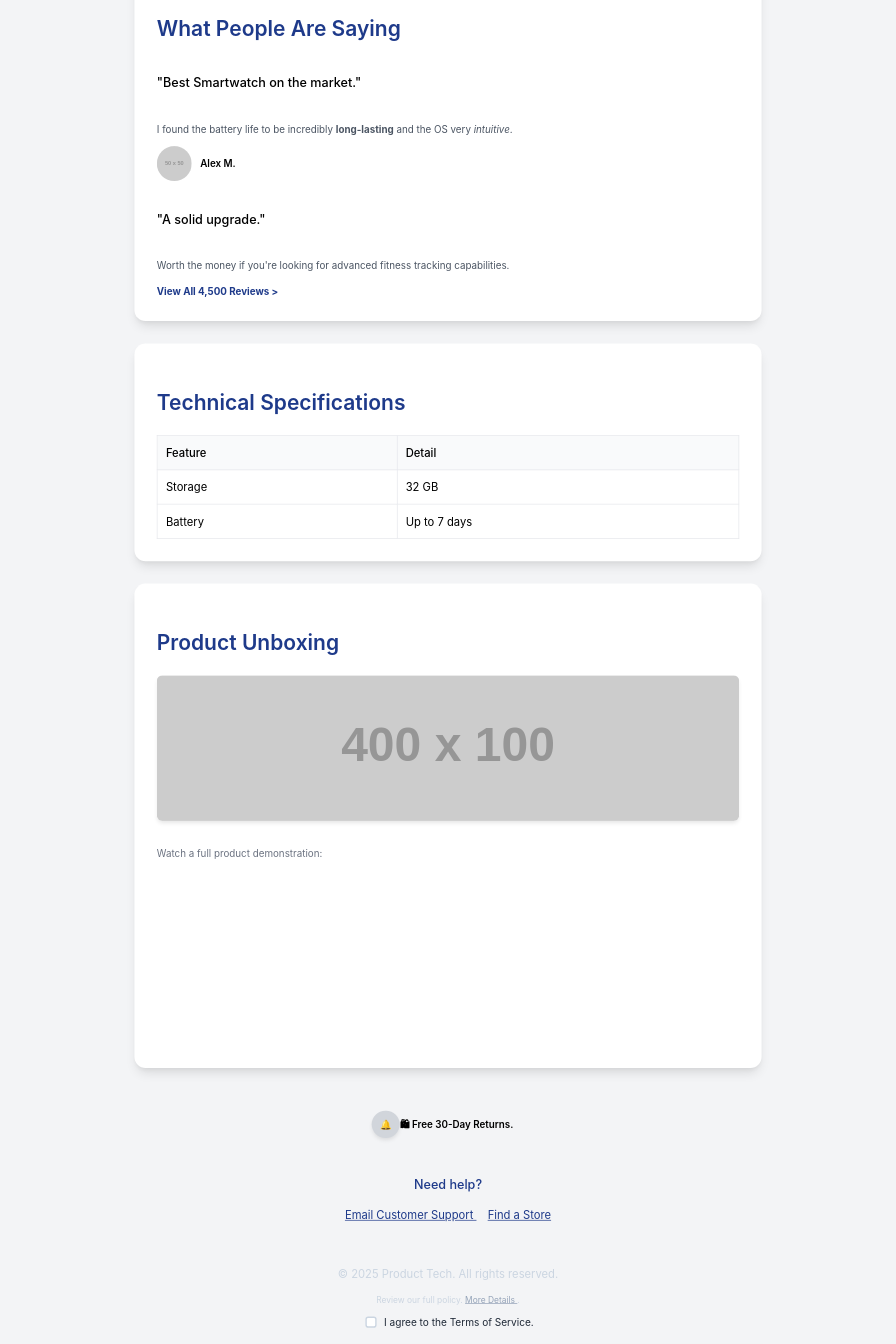
Repository: Tan47s/Accesability-Webpage
Page: ProductPage(modified).html
An editor plug-in stored every save of this project. The page is shown before and after the next save, followed by the edit.
The browser window is 1280 px wide. The pictures show the part of the page from y = 1324 to 3244 px (the page is 3244 px tall), at 70% of full size.
Pictures or frames that could not be fetched are drawn as grey boxes.

Above is the page before, as saved 2025-12-08 12:12:06.

### ProductPage(modified).html
<!DOCTYPE html>
<html lang="en"> <!--added lang attribute -->
<head>
    <meta charset="UTF-8">
    <meta name="viewport" content="width=device-width, initial-scale=1.0">
    <title>Product Launch</title>
    <style>
        :root {
            --brand-blue: #1e3a8a;
            --light-blue-text: #ffffff;
            --low-contrast-red: #111111; /*improved contrast */
            --dark-gray: #4b5563;
        }

        :focus { outline: none; }

        body {
            font-family: 'Inter', sans-serif;
            font-size: 16px;
            background-color: #f3f4f6;
            line-height: 1.5;
            margin: 0;
            padding: 0;
        }

        .container {
            max-width: 896px;
            margin-left: auto;
            margin-right: auto;
            padding-left: 1rem;
            padding-right: 1rem;
        }

        .header {
            background-color: var(--brand-blue);
            color: white;
            padding-top: 1rem;
            padding-bottom: 1rem;
            box-shadow: 0 10px 15px -3px rgba(0,0,0,0.1),
                        0 4px 6px -2px rgba(0,0,0,0.05);
            position: sticky;
            top: 0;
            z-index: 10;
        }

        .flex-row-center {
            display: flex;
            justify-content: space-between;
            align-items: center;
        }

        .product-section {
            background-color: #ffffff;
            padding: 32px;
            border-radius: 16px;
            box-shadow: 0 10px 15px -3px rgba(0,0,0,0.1),
                        0 4px 6px -2px rgba(0,0,0,0.05);
            margin-bottom: 32px;
        }

        .product-layout {
            display: flex;
            flex-direction: column;
            gap: 32px;
        }

        @media (min-width: 768px) {
            .product-layout {
                flex-direction: row;
            }
            .product-layout > div {
                width: 50%;
            }
        }

        .search-input {
            padding: 8px;
            font-size: 0.875rem;
            color: #1f2937;
            border-radius: 8px;
            border: 1px solid #d1d5db;
        }

        .justified-text { text-align: justify; }

        .sale-indicator {
            color: var(--low-contrast-red);
            font-size: 1rem;
            font-weight: bold;
        }

        .Produt-title { font-size: 48px; margin: 1%; }
        .Price { font-size: 26px; margin: 1%; }

        .def-image {
            margin: 10%;
            width: 350px;
            height: 350px;
            object-fit: contain;
            border-radius: 20px;
        }

        .color-options {
            margin-top: 20px;
            display: flex;
            justify-content: center;
            gap: 15px;
        }

        .color-circle {
            width: 20px;
            height: 20px;
            border-radius: 50%;
            cursor: pointer;
            border: 2px solid #ddd;
            transition: transform 0.2s ease;
        }

        .view-image {
            position: relative;
            left: 125px;
            margin-bottom: 10px;
        }

        .low-contrast-button {
            background-color: #3b82f6;
            color: var(--light-blue-text);
            display: block;
            text-align: center;
            padding: 1rem;
            font-weight: bold;
            border-radius: 8px;
            cursor: pointer;
            font-size: 1.25rem;
        }

        .input-style {
            padding: 12px;
            border: 1px solid #d1d5db;
            border-radius: 8px;
            width: 100%;
        }

        .main-content {
            padding: 24px;
            margin-top: 0;
            margin-bottom: 0;
        }
    </style>

</head>
<body>

    <div class="header">
        <div class="container flex-row-center">
            <h2 style="font-size: 2.25rem; font-weight: 800;">Product X</h2>

            <div style="display: flex; align-items: center; gap: 1.5rem;"> <!-- MODIFIED -->

                <input type="search"
                       class="search-input"
                       placeholder="Search products..."
                       title="Search products"
                       style="width: 220px;"> <!-- MODIFIED -->

                <button onclick="runSearch()" aria-label="Search button"
                        style="background:none; border:none; cursor:pointer; color:white;">
                    <svg xmlns="http://www.w3.org/2000/svg" width="22" height="22"
                        fill="none" stroke="currentColor" stroke-width="2"
                        stroke-linecap="round" stroke-linejoin="round">
                        <circle cx="11" cy="11" r="8"></circle>
                        <line x1="21" y1="21" x2="16.65" y2="16.65"></line>
                    </svg>
                </button>

                <button aria-label="Cart" style="background:none; border:none; cursor:pointer; color:white;">
                    <svg xmlns="http://www.w3.org/2000/svg" style="height:24px;width:24px;" fill="none"
                         viewBox="0 0 24 24" stroke="currentColor" stroke-width="2">
                        <path stroke-linecap="round" stroke-linejoin="round"
                              d="M3 3h2l.4 2M7 13h10l4-8H5.4M7 13
                                  L5.4 5M7 13l-2.293 2.293c-.63.63-.184 1.707.707 1.707H17
                                  m0 0a2 2 0 100 4 2 2 0 000-4
                                  m-8 2a2 2 0 11-4 0 2 2 0 014 0z" />
                    </svg>
                </button>

            </div>
        </div>
    </div>

    <main class="container main-content">


        <section id="product-spotlight" class="product-section">
            <div class="product-layout">

                <div class="Product-image">
                    <img id="default-image"
                        src="https://smartwatch-straps.co.uk/cdn/shop/files/zwart_b0353297-f6f7-4c34-970d-a214b41f9507.jpg?v=1725032130"
                        class="def-image" alt="Product">

                    <a href="https://smartwatch-straps.co.uk/cdn/shop/files/zwart_b0353297-f6f7-4c34-970d-a214b41f9507.jpg?v=1725032130"
                        target="_blank" class="view-image">
                        View Product Image
                    </a>

                    <div class="color-options">
                        <div class="color-circle"
                            data-img="https://smartwatch-straps.co.uk/cdn/shop/files/donkerblauw_d25abeb5-d6a6-41f2-b02a-d47b17d8ccf4.jpg?v=1725032229&width=600"
                            data-color="Blue" style="background:#1e3a8a;"></div>

                        <div class="color-circle"
                            data-img="https://smartwatch-straps.co.uk/cdn/shop/files/rood_c1f84d11-1299-4c18-b778-5f294b51209f.jpg?v=1725032151&width=600"
                            data-color="Red" style="background:#dc2626;"></div>

                        <div class="color-circle"
                            data-img="https://smartwatch-straps.co.uk/cdn/shop/files/zwart_b0353297-f6f7-4c34-970d-a214b41f9507.jpg?v=1725032130"
                            data-color="Black" style="background:#111827;"></div>
                    </div>
                </div>

                <div style="display:flex;flex-direction:column;gap:1.5rem;">
                    <h1 class="sale-indicator">Sale! 40% OFF Today.</h1>
                    <h1 class="Produt-title">Product X pro 2</h1>
                    <h1 class="Price">Price - 299$</h1>

                    <p>Experience the future on your wrist with the Product X Ultra...</p>

                    <select id="size-select" class="input-style">
                        <option value="">-- Select Size --</option>
                        <option value="42mm">42mm (Standard)</option>
                        <option value="46mm">46mm (Large)</option>
                    </select>

                    <div id="buy-now-btn" class="low-contrast-button" onclick="addToCart()">
                        Add to Cart
                    </div>

                    <div id="cart-status" style="display:none;"></div>
                </div>

            </div>
        </section>


        <section id="features" class="product-section">
            <h2 style="font-size:1.875rem;font-weight:600;color:var(--brand-blue); margin-bottom:1.5rem;">
                Core Features
            </h2> <!-- fixed heading skip -->

            <div class="features-grid">
                <div class="feature-card">
                    <p style="font-size:1.25rem;font-weight:500;">1. Always-On Display</p>
                    <p style="font-size:0.875rem;color:#4b5563;">Check your metrics at a glance, day or night.</p>
                </div>

                <div class="feature-card">
                    <p style="font-size:1.25rem;font-weight:500;">2. Ultra Health Monitoring</p>
                    <p style="font-size:0.875rem;color:#4b5563;">ECG, Sleep Tracking, and Blood Oxygen.</p>
                </div>

                <div class="feature-card">
                    <p style="font-size:1.25rem;font-weight:500;">3. Waterproof Design</p>
                    <p style="font-size:0.875rem;color:#4b5563;">Rated IP68 for swimming and harsh conditions.</p>
                </div>
            </div>

            <p style="font-size:0.875rem;margin-top:2rem;color:#6b7280;" class="justified-text">
                The Product X Smartwatch represents a major leap in wearable technology...
            </p>
        </section>


        <section id="reviews" class="product-section">
            <h3 style="font-size:1.875rem;font-weight:600;color:var(--brand-blue);margin-bottom:1.5rem;">
                What People Are Saying
            </h3>

            <div class="review-divider">
                <h6 style="font-size:1.125rem;font-weight:500;">"Best Smartwatch on the market."</h6>

                <p style="font-size:0.875rem;color:#4b5563;margin-top:4px;">
                    I found the battery life to be incredibly
                    <b style="color:#4b5563;">long-lasting</b> and the OS very <i>intuitive</i>.<!-- fixed contrast -->
                </p>

                <div style="display:flex;align-items:center;margin-top:12px;">
                    <img src="https://placehold.co/50x50/d1d5db/374151?text=A"
                         alt="picture"
                         class="review-author-img"
                         style="border-radius:9999px;margin-right:12px;">
                    <p style="font-size:0.875rem;font-weight:600;">Alex M.</p>
                </div>
            </div>

            <div class="review-divider">
                <h6 style="font-size:1.125rem;font-weight:500;">"A solid upgrade."</h6>
                <p style="font-size:0.875rem;color:#4b5563;margin-top:4px;">
                    Worth the money if you're looking for advanced fitness tracking capabilities.
                </p>
            </div>

            <span id="next-product-span"
                  style="font-size:0.875rem;font-weight:700;color:var(--brand-blue);
                         cursor:pointer;margin-top:16px;display:block;">
                View All 4,500 Reviews &gt;
            </span>
        </section>


        <section id="tech-specs" class="product-section">
            <h3 style="font-size:1.875rem;font-weight:600;color:var(--brand-blue);margin-bottom:1.5rem;">
                Technical Specifications
            </h3>

            <table style="width:100%;text-align:left;border-collapse:collapse;border:1px solid #e5e7eb;">
                <thead>
                    <tr style="background-color:#f9fafb;">
                        <th style="border:1px solid #e5e7eb;padding:12px;font-weight:500;">Feature</th>
                        <th style="border:1px solid #e5e7eb;padding:12px;font-weight:500;">Detail</th>
                    </tr>
                </thead>
                <tbody>
                    <tr>
                        <td style="border:1px solid #e5e7eb;padding:12px;">Storage</td>
                        <td style="border:1px solid #e5e7eb;padding:12px;">32 GB</td>
                    </tr>
                    <tr>
                        <td style="border:1px solid #e5e7eb;padding:12px;">Battery</td>
                        <td style="border:1px solid #e5e7eb;padding:12px;">Up to 7 days</td>
                    </tr>
                </tbody>
            </table>
        </section>


        <section id="promo" class="product-section">
            <h3 style="font-size:1.875rem;font-weight:600;color:var(--brand-blue);margin-bottom:1.5rem;">
                Product Unboxing
            </h3>

            <img src="https://placehold.co/400x100/1e3a8a/60a5fa?text=Limited+Time+Offer+-+Free+Shipping"
                 alt=""
                 style="border-radius:8px;box-shadow:0 4px 6px -1px rgba(0,0,0,0.1);
                        margin-bottom:1rem;width:100%;height:auto;">

            <p style="font-size:0.875rem;color:#6b7280;margin-bottom:8px;">
                Watch a full product demonstration:
            </p>

            <iframe width="100%" height="250"
                    src="https://www.youtube.com/embed/S_T10uPq65g"
                    frameborder="0" allowfullscreen></iframe>
        </section>

        <div style="display:flex;justify-content:center;align-items:center;padding-top:24px;padding-bottom:24px;">
            <button style="background-color:#d1d5db;padding:12px;border-radius:9999px;border:none;
                           cursor:pointer;box-shadow:0 4px 6px -1px rgba(0,0,0,0.1);"
                onmouseover="this.style.backgroundColor='#9ca3af'"
                onmouseout="this.style.backgroundColor='#d1d5db'">
                <span style="color:var(--dark-gray);">&#128276;</span>
            </button>
            <p style="font-size:0.875rem;font-weight:600;margin-right:1rem;">
                &#128717; Free 30-Day Returns.
            </p>
        </div>

        <div style="text-align:center;margin-top:24px;">
            <p style="font-size:1.125rem;font-weight:500;color:var(--brand-blue);">Need help?</p>

            <span onclick="console.log('Email support clicked');"
                  style="color:var(--brand-blue);text-decoration:underline;cursor:pointer;">
                Email Customer Support
            </span>

            <a style="margin-left:1rem;color:var(--brand-blue);text-decoration:underline;">
                Find a Store
            </a>
        </div>

    </main>


    <footer>
    <div class="container" style="text-align:center; padding: 20px 0;">
        <p style="color:#cbd5e1;">© 2025 Product Tech. All rights reserved.</p>

        <p style="font-size:0.75rem; margin-top:8px; color:#cbd5e1;">
            Review our full policy.
            <a href="/warranty" target="_blank" style="color:#94a3b8; text-decoration:underline;">
                More Details
            </a>.
        </p>

        <div style="display:flex; align-items:center; justify-content:center; margin-top:12px;">
            <label style="display:flex; align-items:center; gap:0.5rem; color:#1f2937; font-size:0.9rem;">
                <input
                    type="checkbox"
                    id="terms-agree"
                    name="terms-agree"
                    style="
                        width:16px;
                        height:16px;
                        appearance:none;
                        border:2px solid #cbd5e1;
                        border-radius:4px;
                        background:#ffffff;
                        cursor:pointer;
                    "
                >
                I agree to the Terms of Service.
            </label>
        </div>
    </div>
</footer>


    <script>
        function addToCart() {
            const cartStatus = document.getElementById('cart-status');
            cartStatus.textContent = "Item added to cart! Proceed to checkout.";
            cartStatus.style.display = 'block';
            cartStatus.style.backgroundColor = '#d1fae5';
            cartStatus.style.color = '#065f46';
            cartStatus.style.border = '1px solid #065f46';
        }

        function runSearch() {
            const searchBox = document.querySelector('.search-input');
            searchBox.focus();

            if (searchBox.value.trim() !== "") {
                console.log("Searching for:", searchBox.value);
            } else {
                console.log("Search triggered");
            }
        }

        function changeColor(colorName, newImg) {
            document.getElementById("default-image").src = newImg;

            const currentColor = document.getElementById("current-color");
            if (currentColor) currentColor.textContent = colorName;
        }

        const circles = document.querySelectorAll(".color-circle");
        circles.forEach(circle => {
            circle.addEventListener("click", () => {
                const newImg = circle.getAttribute("data-img");
                const colorName = circle.getAttribute("data-color");
                changeColor(colorName, newImg);
            });
        });

        window.onload = function() {
            const nextBtn = document.getElementById('next-product-span');
            if (nextBtn) {
                nextBtn.addEventListener('click', function() {
                    alert('Viewing next product');
                });
            }
        }
    </script>

</body>
</html>

After the next save:
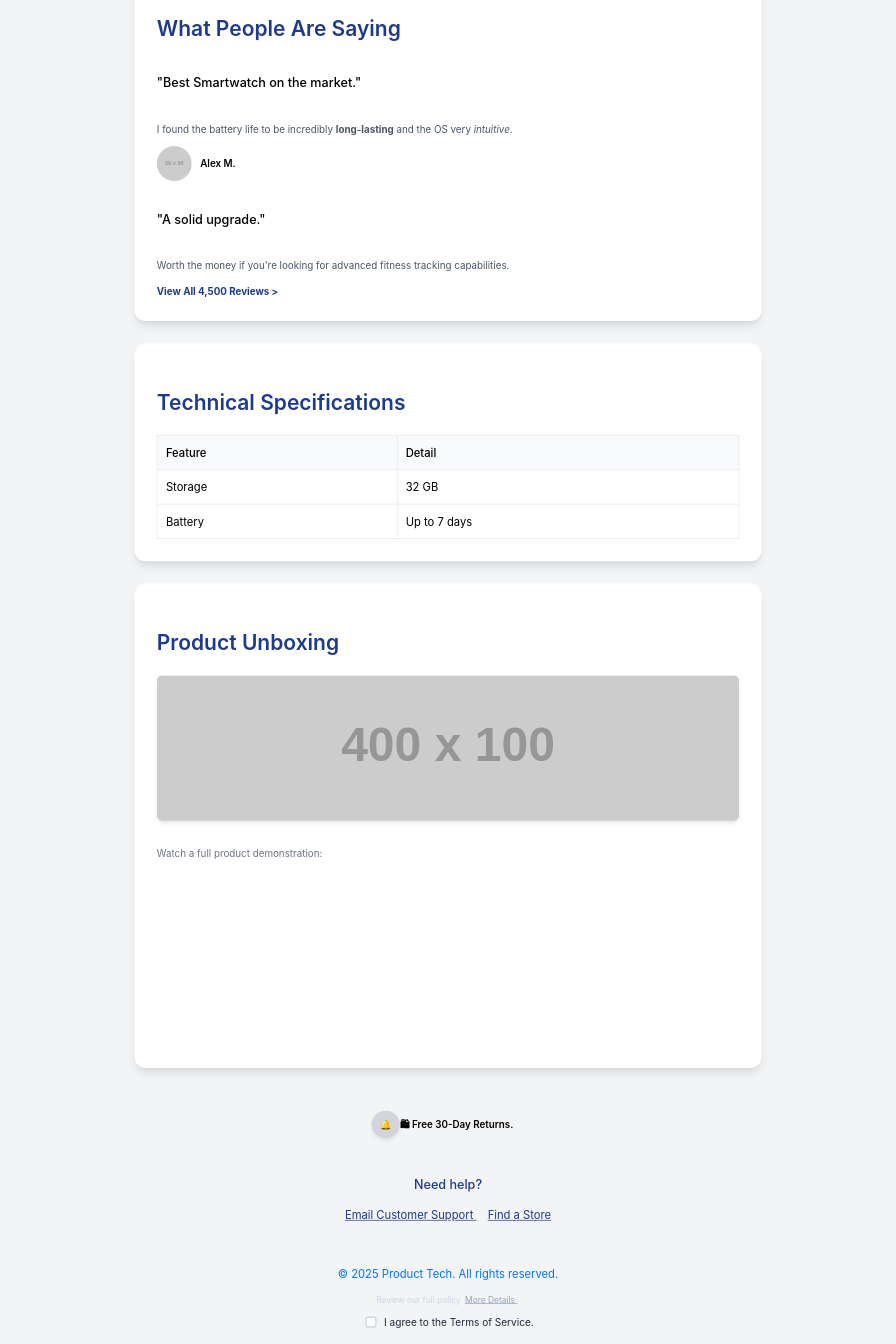
Saved 38 s later.
--- a/ProductPage(modified).html
+++ b/ProductPage(modified).html
@@ -383,7 +383,7 @@
 
     <footer>
     <div class="container" style="text-align:center; padding: 20px 0;">
-        <p style="color:#cbd5e1;">© 2025 Product Tech. All rights reserved.</p>
+        <p style="color:#0173ff;">© 2025 Product Tech. All rights reserved.</p>
 
         <p style="font-size:0.75rem; margin-top:8px; color:#cbd5e1;">
             Review our full policy.
